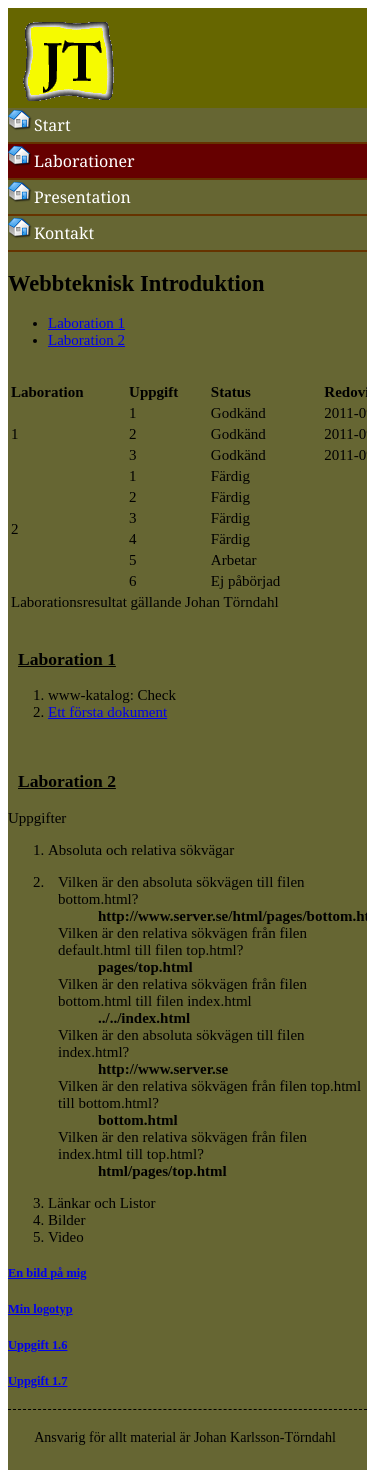
Repository: jt222ia/1ik415-jt222ia-laborationer
Page: pages/laborationer.html
The author's editor kept a record of every edit. The page is drawn from the files as they stood at one moment, then again after the next edit.
The browser window is 375 px wide. The pictures show the whole page.

Above is the page before.

After the next edit:
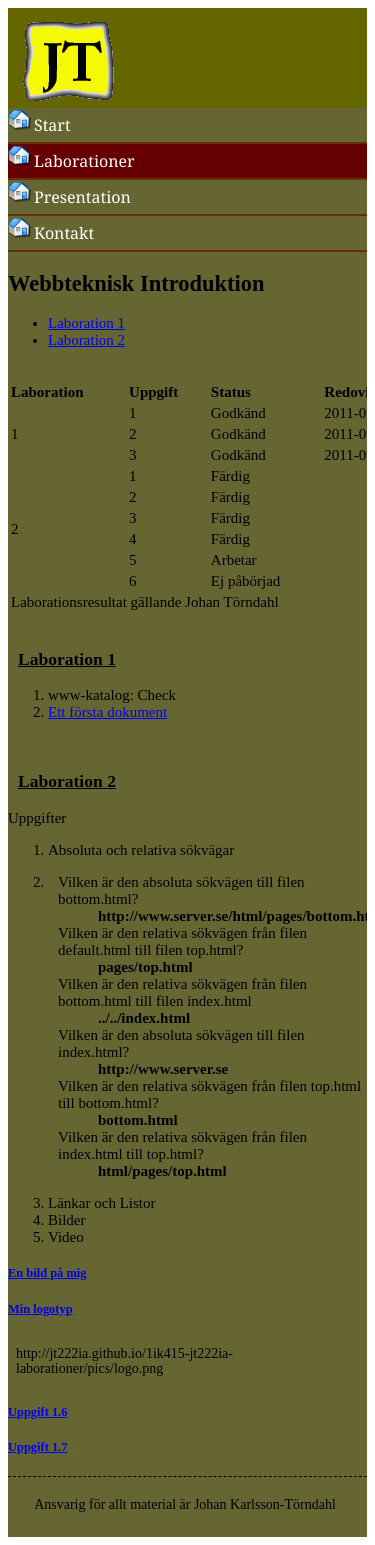
The edit:
--- a/css/sp.css
+++ b/css/sp.css
@@ -153,20 +153,6 @@
     max-width:90%;
 }
 
-.full_lank{
-    display:none;
-}
-.icon{
-    float:left;
-}
-
-.postauthor{
-    font-style:italic;
-    margin-top:6px;
-}
-.img_left{
 
 
 }
-
-}

After the edit that followed:
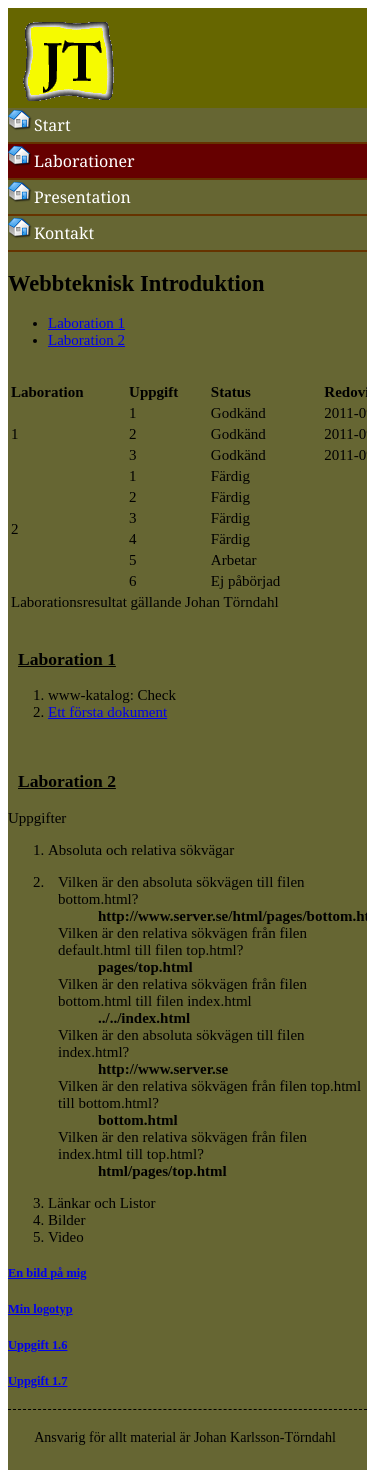
The edit:
--- a/css/sp.css
+++ b/css/sp.css
@@ -131,7 +131,22 @@
 .kont{
     margin-top:10px;
 }
+.full_lank{
+    display:none;
+}
+.icon{
+    float:left;
+}
 
+.postauthor{
+    font-style:italic;
+    margin-top:6px;
+}
+
+.img_left{
+
+
+}
 /* Tabellen */
 table {
     width:400px;
